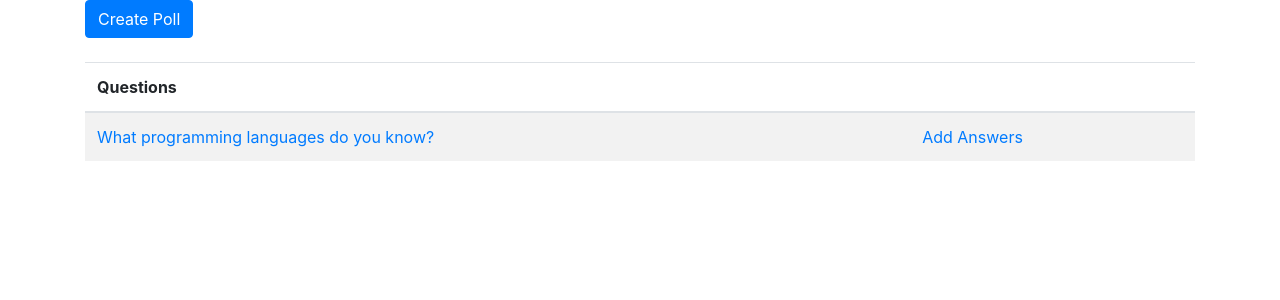
Repository: Thangtran1100/School-Stuff
Page: http://localhost/midtermPractice/ListPoll
These files come from the project's save history. The page is drawn as it stood at one moment and after the next save; the edit follows.
The browser window is 1280 px wide. The pictures show the whole page.
The page is served by Tomcat 9. Other server files are loaded and not shown.

Above is the page before, as saved 2023-04-04 00:31:05.

### Spring 2023/CS3220/Practice/midtermPractice/src/main/webapp/ListPoll.jsp
<%@ taglib prefix="c" uri="http://java.sun.com/jsp/jstl/core"%>
<%@page contentType="text/html" pageEncoding="UTF-8"%>
<!DOCTYPE html>
<html>
<head>
<meta charset="UTF-8">
<title>List of Polls</title>
<link rel="stylesheet"
	href="https://maxcdn.bootstrapcdn.com/bootstrap/4.0.0/css/bootstrap.min.css">
</head>
<body>



	<div class="container">


		<a href="CreatePoll" class="btn btn-primary">Create Poll</a> <br>
		<br>

		<table class="table table-striped">
			<thead>
				<tr>
					<th>Questions</th>
					<th></th>
				</tr>
			</thead>

			<tbody>
				<c:forEach var="poll" items="${polls}">
					<tr>
						<td><a href="DisplayPoll?question=${poll.question}">
								${poll.question} </a></td>
						<td><a href="AddAnswer?questionId=${poll.getId()}">Add Answers</a></td>
					</tr>
				</c:forEach>
			</tbody>
		</table>

	</div>
</body>
</html>

### Spring 2023/CS3220/Practice/midtermPractice/src/main/java/midtermPractice/servlet/ListPoll.java
package midtermPractice.servlet;

import java.io.IOException;
import java.util.ArrayList;
import java.util.List;

import javax.servlet.ServletConfig;
import javax.servlet.ServletException;
import javax.servlet.annotation.WebServlet;
import javax.servlet.http.HttpServlet;
import javax.servlet.http.HttpServletRequest;
import javax.servlet.http.HttpServletResponse;

import model.PollEntry;

/**
 * Servlet implementation class ListPoll
 */
@WebServlet("/ListPoll")
public class ListPoll extends HttpServlet {
	private static final long serialVersionUID = 1L;

	public void init(ServletConfig config) throws ServletException {
		super.init(config);


		List<PollEntry> pollEntries = new ArrayList<PollEntry>();
		PollEntry pollEntry = new PollEntry();


		pollEntry.setQuestion("What programming languages do you know?");
		pollEntry.getAnswers().add("Java");
		pollEntry.getAnswers().add("Python");
		pollEntry.getAnswers().add("C/C++");
		pollEntries.add(pollEntry);
		getServletContext().setAttribute("polls", pollEntries);

	}

    /**
     * @see HttpServlet#HttpServlet()
     */
    public ListPoll() {
        super();
        // TODO Auto-generated constructor stub
    }

	/**
	 * @see HttpServlet#doGet(HttpServletRequest request, HttpServletResponse response)
	 */
	protected void doGet(HttpServletRequest request, HttpServletResponse response) throws ServletException, IOException {
		// TODO Auto-generated method stub
		request.getRequestDispatcher("ListPoll.jsp").forward(request, response);
	}

	/**
	 * @see HttpServlet#doPost(HttpServletRequest request, HttpServletResponse response)
	 */
	protected void doPost(HttpServletRequest request, HttpServletResponse response) throws ServletException, IOException {
		// TODO Auto-generated method stub
		doGet(request, response);
	}

}

### Spring 2023/CS3220/Practice/midtermPractice/src/main/java/model/PollEntry.java
package model;

import java.util.ArrayList;
import java.util.List;

public class PollEntry {


	static int idSeed = 1;

	private int id;
	private String question;

	private List<String> answers;

	private boolean singleChoice;

	public PollEntry() {
		id = idSeed++;
		answers = new ArrayList<String>();
	}


	public int getId() {
		return id;
	}


	public void setId(int id) {
		this.id = id;
	}


	public String getQuestion() {
		return question;
	}


	public void setQuestion(String question) {
		this.question = question;
	}


	public List<String> getAnswers() {
		return answers;
	}


	public void setAnswers(List<String> answers) {
		this.answers = answers;
	}


	public boolean isSingleChoice() {
		return singleChoice;
	}


	public void setSingleChoice(boolean singleChoice) {
		this.singleChoice = singleChoice;
	}

}

After the next save:
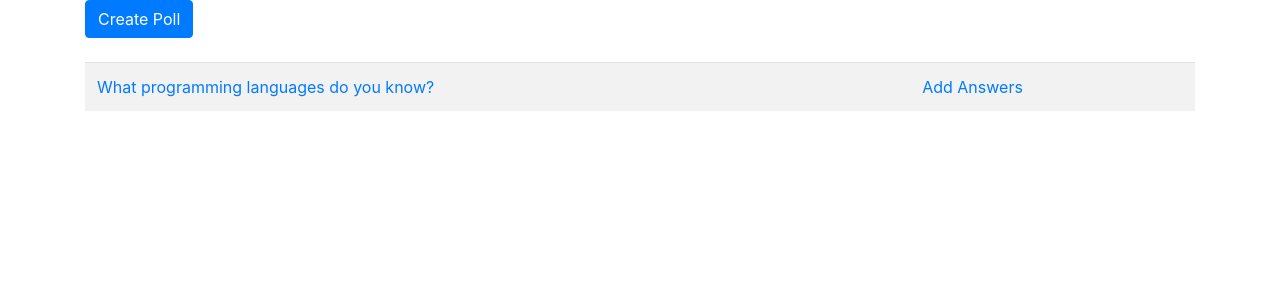
Saved 62 s later.
--- a/Spring 2023/CS3220/Practice/midtermPractice/src/main/webapp/ListPoll.jsp
+++ b/Spring 2023/CS3220/Practice/midtermPractice/src/main/webapp/ListPoll.jsp
@@ -19,12 +19,7 @@
 		<br>
 
 		<table class="table table-striped">
-			<thead>
-				<tr>
-					<th>Questions</th>
-					<th></th>
-				</tr>
-			</thead>
+
 
 			<tbody>
 				<c:forEach var="poll" items="${polls}">
